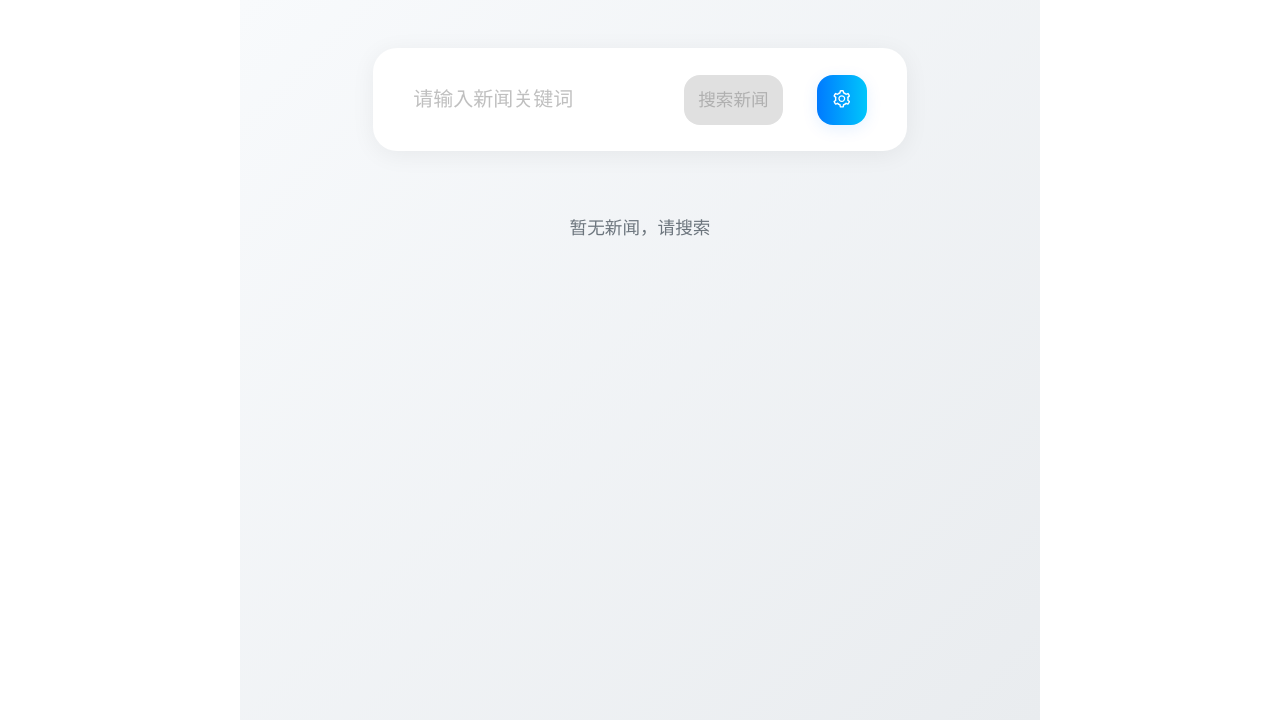
Repository: XJN7197/NewsAssistantBaseMCP
Page: / (app in frontend/)
An editor plug-in stored every save of this project. The page is shown before and after the next save, followed by the edit.
The browser window is 1280 px wide. The pictures show the whole page.
The project was rebuilt for these pictures with package versions that can differ from the ones it lists, and the page was loaded fresh each time. Also part of the build but not shown: frontend/vite.config.ts.

Above is the page before, as saved 2025-05-23 17:49:46.

### frontend/src/App.tsx
import { useState } from 'react'
import Home from './pages/Home'
import './App.css'

function App() {

  return (
    <>
      <Home/>
    </>
  )
}

export default App

### frontend/src/pages/Home.tsx
import React, { useState  } from 'react';
import { List, Checkbox, Button as AntButton, Input, Spin, Modal, Typography, Form, message } from 'antd'; // Ant Design 组件导入
import 'antd/dist/reset.css'; // 导入 Ant Design 样式
import ReactMarkdown from 'react-markdown';
import remarkGfm from 'remark-gfm';
import styles from './Home.module.css'
import { mockNewsData } from '../mock/newsData'
import { mockReportData } from '../mock/reportData'
import { SettingOutlined } from '@ant-design/icons'; // 导入设置图标

// 假设你有这些组件，后续可单独实现
// import NewsSearch from '../components/NewsSearch'
// import NewsCardList from '../components/NewsCardList'
// import AnalyzeButton from '../components/AnalyzeButton'
// import ReportModal from '../components/ReportModal'

const { Title, Text, Link } = Typography;

const Home: React.FC = () => {
  // 搜索关键词
  const [keyword, setKeyword] = useState('')
  // 新闻列表
  const [newsList, setNewsList] = useState<any[]>([])
  // 选中的新闻项
  const [selectedNews, setSelectedNews] = useState<Set<number>>(new Set());
  // 是否正在加载
  const [loading, setLoading] = useState(false)
  // 分析报告内容
  const [report, setReport] = useState<string | null>(null)
  // 控制报告弹窗显示
  const [showReport, setShowReport] = useState(false)
  // 控制设置弹窗显示
  const [showSettings, setShowSettings] = useState(false);
  // 配置数据
  const [config, setConfig] = useState<any>({});
  // 配置表单实例
  const [configForm] = Form.useForm();
  // 配置加载状态
  const [configLoading, setConfigLoading] = useState(false);

  // 下载报告处理函数
  const handleDownload = () => {
    if (!report) return;

    const timestamp = new Date().toISOString().replace(/[:.]/g, '-');
    const content = report;
    const fileName = `舆情分析报告_${timestamp}.md`;
    const blob = new Blob([content], { type: 'text/plain;charset=utf-8' });
    const url = window.URL.createObjectURL(blob);
    const link = document.createElement('a');
    link.href = url;
    link.download = fileName;
    document.body.appendChild(link);
    link.click();
    document.body.removeChild(link);
    window.URL.revokeObjectURL(url);
  };

  // 搜索新闻
  const handleSearch = async () => {
    setLoading(true)
    setNewsList([]); // 清空旧的新闻列表
    setReport(null); // 清空旧的报告
    setShowReport(false); // 关闭报告弹窗

    try {
      let data;

      // 根据环境变量决定是否使用mock数据
      if (import.meta.env.VITE_USE_MOCK_NEWS === 'true') {
        // 使用mock数据
        await new Promise(resolve => setTimeout(resolve, 1000)); // 模拟延迟
        data = mockNewsData;
      } else {
        // 使用实际API
        const response = await fetch('http://localhost:8000/search', {
          method: 'POST',
          headers: {
            'Content-Type': 'application/json',
          },
          body: JSON.stringify({ keyword: keyword }),
        });

        if (!response.ok) {
          throw new Error(`HTTP error! status: ${response.status}`);
        }

        data = await response.json();
      }

      // 检查返回的数据结构，确保有 news_list 字段
      if (data && data.news_list) {
        console.log("获取到的新闻数据:", data.news_list);
        // 初始化选中状态，默认全部选中
        const initialNewsList = data.news_list.map((news: any, index: number) => ({ ...news, id: index })); // selected 属性由 selectedNews Set 管理
        setNewsList(initialNewsList);
        const initialSelected = new Set<number>(initialNewsList.map((news: any) => news.id));
        setSelectedNews(initialSelected);
      } else {
        setNewsList([{ error: '未获取到新闻数据或数据格式不正确' }]);
      }

    } catch (error) {
      console.error("搜索新闻失败:", error);
      setNewsList([{ error: `搜索新闻失败: ${error}` }]);
    } finally {
      setLoading(false);
    }
  }

  // 分析新闻
  const handleAnalyze = async () => {
    setLoading(true);
    setReport(null); // 清空旧的报告
    setShowReport(true); // Show modal immediately

    // 过滤出选中的新闻
    const newsToAnalyze = newsList.filter(news => selectedNews.has(news.id));

    if (newsToAnalyze.length === 0) {
        setReport("没有新闻内容可供分析。");
        setLoading(false);
        return;
    }

    try {
      let data;

      // 根据环境变量决定是否使用mock数据
      if (import.meta.env.VITE_USE_MOCK_REPORT === 'true') {
        // 使用mock数据
        await new Promise(resolve => setTimeout(resolve, 1000)); // 模拟延迟
        data = mockReportData;
      } else {
        // 使用实际API
        const response = await fetch('http://localhost:8000/analyze', {
          method: 'POST',
          headers: {
            'Content-Type': 'application/json',
          },
          body: JSON.stringify({ news_list: newsToAnalyze }),
        });

        if (!response.ok) {
          throw new Error(`HTTP error! status: ${response.status}`);
        }

        data = await response.json();
      }

      // 检查返回的数据结构，确保有 report 字段
      if (data && data.report) {
        console.log("获取到的分析报告:", data.report);
        setReport(data.report);
      } else {
        setReport("未获取到分析报告或报告格式不正确");
      }

    } catch (error) {
      console.error("分析新闻失败:", error);
      setReport(`分析新闻失败: ${error}`);
    } finally {
      setLoading(false);
    }
  }



  // 获取配置
  const fetchConfig = async () => {
    setConfigLoading(true);
    try {
      const response = await fetch('http://localhost:8000/config');
      if (!response.ok) {
        throw new Error(`HTTP error! status: ${response.status}`);
      }
      const data = await response.json();
      if (data && data.config) {
        setConfig(data.config);
        configForm.setFieldsValue(data.config); // 设置表单初始值
      } else if (data && data.error) {
        message.error(`获取配置失败: ${data.error}`);
      } else {
        message.error('获取配置失败: 未知错误');
      }
    } catch (error) {
      console.error("获取配置失败:", error);
      message.error(`获取配置失败: ${error}`);
    } finally {
      setConfigLoading(false);
    }
  };

  // 更新配置
  const updateConfig = async (values: any) => {
    setConfigLoading(true);
    try {
      const response = await fetch('http://localhost:8000/config', {
        method: 'POST',
        headers: {
          'Content-Type': 'application/json',
        },
        body: JSON.stringify({ config: values }),
      });

      if (!response.ok) {
        throw new Error(`HTTP error! status: ${response.status}`);
      }

      const data = await response.json();
      if (data && data.status === '✅ .env 文件已更新') {
        message.success('配置更新成功！');
        setConfig(data.config); // 更新本地配置状态
        setShowSettings(false); // 关闭弹窗
      } else if (data && data.error) {
        message.error(`更新配置失败: ${data.error}`);
      } else {
        message.error('更新配置失败: 未知错误');
      }

    } catch (error) {
      console.error("更新配置失败:", error);
      message.error(`更新配置失败: ${error}`);
    } finally {
      setConfigLoading(false);
    }
  };

  // 处理设置按钮点击
  const handleSettingsClick = () => {
    setShowSettings(true);
    fetchConfig(); // 打开弹窗时获取最新配置
  };

  return (
    <div className={styles['home-container']}>
      {/* 搜索栏 - 使用 Ant Design 组件 */}
      <div className={styles['search-bar']}>
        <Input
          placeholder="请输入新闻关键词"
          value={keyword}
          onChange={e => setKeyword(e.target.value)}
          onPressEnter={handleSearch} // 支持回车搜索
          style={{ flex: 1, fontSize: '1.25rem', padding: '12px 0' }} // 保持原有部分样式
        />
        <AntButton
          type="primary"
          onClick={handleSearch}
          loading={loading}
          disabled={!keyword}
          style={{ borderRadius: '16px', padding: '14px ', fontSize: '1.1rem', fontWeight: 500, marginRight: '10px' }} // 保持原有部分样式，并添加右边距
        >
          搜索新闻
        </AntButton>
        {/* 新增设置按钮 */}
        <AntButton
          icon={<SettingOutlined />}
          onClick={handleSettingsClick}
          style={{ width:'50px',borderRadius: '16px', padding: '14px', fontSize: '1.1rem', fontWeight: 500 }}
        />
      </div>

      {/* 新闻列表 - 使用 Ant Design List 组件 */}
      <div className={styles['news-list-container']}> {/* 新增一个容器来控制 List 的宽度和间距 */}
        {loading && newsList.length === 0 && <div style={{ textAlign: 'center', padding: '40px 0' }}><Spin size="large" /></div>}
        {!loading && newsList.length === 0 && <div style={{ textAlign: 'center', color: '#6c757d', fontSize: '1.1rem', padding: '40px 0' }}>暂无新闻，请搜索</div>}
        {newsList.length > 0 && newsList[0].error && (
          <div className={styles['error-message']}>{newsList[0].error}</div>
        )}
        {newsList.length > 0 && !newsList[0].error && (
          <List
            itemLayout="horizontal"
            dataSource={newsList}
            renderItem={item => {
              const onItemChange = (e: any) => {
                setSelectedNews(prevSelected => {
                  const newSelected = new Set(prevSelected);
                  if (e.target.checked) {
                    newSelected.add(item.id);
                  } else {
                    newSelected.delete(item.id);
                  }
                  return newSelected;
                });
              };
              return (
                <List.Item
                  actions={[
                    <Link href={item.url} target="_blank" rel="noopener noreferrer">阅读原文</Link>
                  ]}
                  style={{ background: '#fff', borderRadius: '12px', marginBottom: '16px', padding: '20px', boxShadow: '0 2px 12px 0 rgba(0,0,0,0.05)' }}
                >
                  <List.Item.Meta
                    avatar={<Checkbox checked={selectedNews.has(item.id)} onChange={onItemChange} style={{paddingRight: '10px'}}/>}
                    title={<Title level={5} style={{ margin: 0, fontSize: '1.3rem', fontWeight: 600, color: '#1d1d1f' }}>{item.title}</Title>}
                    description={<Text type="secondary" style={{ fontSize: '1rem', lineHeight: 1.6, display: '-webkit-box', WebkitLineClamp: 3, WebkitBoxOrient: 'vertical', overflow: 'hidden', textOverflow: 'ellipsis' }}>{item.desc}</Text>}
                  />
                </List.Item>
              );
            }}
          />
        )}
      </div>

      {/* 一键分析按钮 - 使用 Ant Design Button */}
      {newsList.length > 0 && !newsList[0].error && (
        <div className={styles['analyze-btn']}>
          <AntButton
            type="primary"
            onClick={handleAnalyze}
            loading={loading}
            disabled={selectedNews.size === 0}
            style={{ borderRadius: '16px', padding: '16px 48px', fontSize: '1.2rem', fontWeight: 600, background: 'linear-gradient(90deg, #34e89e 0%, #0f3443 100%)' }} // 保持原有部分样式
          >
            一键舆情分析
          </AntButton>
        </div>
      )}

      {/* 分析报告弹窗 - 使用 Ant Design Modal */}
      <Modal
        title={<Title level={3} style={{ textAlign: 'center', marginBottom: 0 }}>舆情分析报告</Title>}
        open={showReport}
        onCancel={() => setShowReport(false)}
        footer={[
          <AntButton
            key="download"
            onClick={handleDownload}
            disabled={!report}
            style={{ borderRadius: '12px', marginRight: '8px' }}
          >
            下载报告
          </AntButton>,
          <AntButton key="close" type="primary" onClick={() => setShowReport(false)} style={{ borderRadius: '12px' }}>
            关闭
          </AntButton>
        ]}
        width="60vw"
        styles={{ body: { maxHeight: '70vh', overflowY: 'auto', background: '#fff', padding: '24px 40px' } }}
      >
        {loading && !report ? (
          <div style={{ textAlign: 'center', padding: '40px 0' }}>
            <Spin size="large" tip="分析报告生成中..." />
          </div>
        ) : report ? (
          <ReactMarkdown remarkPlugins={[remarkGfm]}>{report}</ReactMarkdown>
        ) : (
          <Text>报告生成中或无内容...</Text>
        )}
      </Modal>

      {/* 设置弹窗 */}
      <Modal
        title={<Title level={3} style={{ textAlign: 'center', marginBottom: 0 }}>配置设置</Title>}
        open={showSettings}
        onCancel={() => setShowSettings(false)}
        footer={[
          <AntButton key="cancel" onClick={() => setShowSettings(false)} style={{ borderRadius: '12px' }}>
            取消
          </AntButton>,
          <AntButton key="submit" type="primary" loading={configLoading} onClick={() => configForm.submit()} style={{ borderRadius: '12px' }}>
            保存
          </AntButton>,
        ]}
        width="50vw"
        styles={{ body: { maxHeight: '70vh', overflowY: 'auto', background: '#fff', padding: '24px 40px' } }}
      >
        {configLoading && Object.keys(config).length === 0 ? (
          <div style={{ textAlign: 'center', padding: '40px 0' }}>
            <Spin size="large" tip="加载配置中..." />
          </div>
        ) : (
          <Form
            form={configForm}
            layout="vertical"
            onFinish={updateConfig}
            initialValues={config} // 使用状态中的配置作为初始值
          >
            {Object.keys(config).map(key => (
              <Form.Item
                key={key}
                label={key}
                name={key}
                rules={[{ required: true, message: `请输入 ${key}!` }]} // 简单的必填校验
              >
                <Input />
              </Form.Item>
            ))}
          </Form>
        )}
      </Modal>
    </div>
  )
}

export default Home

### frontend/src/pages/Home.module.css
.home-container {
  height: 100vh;
  width: 800px;
  background: linear-gradient(135deg, #f8fafc 0%, #e9ecef 100%);
  display: flex;
  flex-direction: column;
  align-items: center;
  padding: 48px 0 48px 0; /* 调整了上下padding，左右padding设为0，因为内容区会通过max-width控制 */
  font-family: -apple-system, BlinkMacSystemFont, "Segoe UI", Roboto, "Helvetica Neue", Arial, "PingFang SC", "Hiragino Sans GB", "Microsoft YaHei", sans-serif;
}

.search-bar {
  display: flex;
  position: sticky; top: 0; z-index: 1;
  align-items: center;
  gap: 24px; /* 增加了元素间距 */
  background: #fff;
  border-radius: 24px; /* 更大的圆角 */
  box-shadow: 0 4px 24px 0 rgba(0,0,0,0.06); /* 更柔和的阴影 */
  padding: 24px 40px; /* 增加了内边距 */
  margin-bottom: 24px; /* 减小了与下方元素的间距 */
  width: 66.66%; /* 宽度固定为视口宽度的2/3 */
  /* height: 250px; 高度固定为250px */
  max-width: none; /* 移除最大宽度限制 */
}

.search-bar input[type="text"] {
  border: none;
  outline: none;
  font-size: 1.25rem; /* 稍大字体 */
  background: transparent;
  color: #222;
  padding: 12px 6px;
}

.search-bar button {
  height: 50px;
  background: linear-gradient(90deg, #007aff 0%, #00c6fb 100%);
  color: #fff;
  border: none;
  border-radius: 16px; /* 更大的圆角 */
  padding: 14px 36px; /* 增加了按钮padding */
  font-size: 1.1rem; /* 稍大字体 */
  font-weight: 500;
  cursor: pointer;
  transition: background 0.2s, box-shadow 0.2s;
  box-shadow: 0 4px 16px 0 rgba(0,122,255,0.10); /* 按钮阴影 */
}

.search-bar button:disabled {
  background: #e0e0e0;
  color: #b0b0b0;
  cursor: not-allowed;
  box-shadow: none;
}

.news-list-container { /* Renamed from .news-list */
  width: 66.66%; /* 宽度固定为视口宽度的2/3 */
  /* height: 1500px; 高度固定为1500px */
  max-width: none; /* 移除最大宽度限制 */
  margin-bottom: 40px;
  min-height: 180px; /* 最小高度，避免内容过少时塌陷 */
  display: flex;
  flex-direction: column;
  gap: 24px; /* 新闻卡片之间的间距 */
  overflow-y: auto; /* 添加垂直滚动 */
  /* 可以在这里添加新闻卡片的样式，或者为新闻卡片组件单独创建样式文件 */
}

/* 针对 news-list 中暂无新闻的提示文本样式 */
.news-list > div {
  color: #6c757d; /* 柔和的提示文字颜色 */
  font-size: 1.1rem;
  text-align: center;
  padding: 40px 0;
}

/* Styles for .news-card, .checkbox-container, .news-content, .news-title, .news-desc, .news-link are removed as Ant Design components handle them */

/* 错误消息样式 */
.error-message {
  color: #dc3545; /* 红色错误提示 */
  font-size: 1.1rem;
  text-align: center;
  padding: 40px 0;
}


.analyze-btn {
  margin-bottom: 32px;
}

.analyze-btn button {
  background: linear-gradient(90deg, #34e89e 0%, #0f3443 100%); /* 保持了之前的渐变色 */
  color: #fff;
  border: none;
  border-radius: 16px; /* 更大的圆角 */
  padding: 16px 48px; /* 增加了按钮padding */
  font-size: 1.2rem; /* 稍大字体 */
  font-weight: 600;
  cursor: pointer;
  transition: background 0.2s, box-shadow 0.2s;
  box-shadow: 0 4px 16px 0 rgba(52,232,158,0.10); /* 按钮阴影 */
}

.analyze-btn button:disabled {
  background: #e0e0e0;
  color: #b0b0b0;
  cursor: not-allowed;
  box-shadow: none;
}

/* Styles for .report-modal and its children are removed as Ant Design Modal component handles them */

### frontend/src/mock/newsData.ts
export const mockNewsData = {
    news_list: [
      {
        title: "Qwen引领AI前端技术革新：深度解析一句话开发网页的突破_模型_行业_创新",
        desc: "在人工智能快速发展的2025年，来自量子位的最新报道显示，AI技术正迎来前所未有的革新，尤其是在前端开发领域。由Qwen推出的“AI前端工程师”WebDev工具，以...",
        url: "https://news.sohu.com/a/893821748_121924584"
      },
      {
        title: "谷歌推Gemini2.5Pro模型，AI 助力前端开发与复杂编程",
        desc: "谷歌推Gemini2.5Pro模型#，AI 助力前端开发与复杂编程】5 月7 日消息，科技媒体The Decoder 昨日（5 月6 日）发布博文，报道称谷歌为预热今年的I/O...",
        url: "https://news.sina.com.cn/external/car/2025-05-07/doc-inevtine1324735.shtml"
      },
      {
        title: "前端程序员请注意！首个截图就能生成现代前端代码的AI来了 | 已开源",
        desc: "现在截图生成代码，已经来到了一个新高度——. ⾸个⾯向现代前端代码⽣成的多模态⼤模型解决⽅案，来了！ 而且是开源的那种。 前端程序员请注意！首个截图就能...",
        url: "https://www.qbitai.com/2025/02/258521.html"
      },
      {
        title: "AI包办79%代码，程序员饭碗不保，前端开发要凉，人类只配改Bug？",
        desc: "编码助手更偏向自动化。有79%的Claude Code对话可以被归为「自动化」，即AI直接完成任务，而不是与人类协作「增强」。相比之下，Claude.ai的对话中只有49%是...",
        url: "https://m.36kr.com/p/3271134281245063"
      },
      {
        title: "武汉烽火申请前后端协同开发方法专利，大大降低前后端耦合度",
        desc: "本文源自:金融界. 金融界2025年5月15日消息，国家知识产权局信息显示，武汉烽火信息集成技术有限公司申请一项名为“前后端协同开发方法、装置、设备及可...",
        url: "https://cj.sina.cn/articles/view/1704103183/65928d0f02007wlqg?froms=ggmp"
      }
    ]
  };

### frontend/src/mock/reportData.ts
// 模拟舆情分析报告数据
export const mockReportData = {
  report: `
  **分析时间：** 2025-05-22 20:48:32

  ---

  ## 📥 原始新闻内容

  ### 新闻1
  - **标题**: Qwen引领AI前端技术革新：深度解析一句话开发网页的突破_模型_行业_创新
  - **描述**: 在人工智能快速发展的2025年，来自量子位的最新报道显示，AI技术正迎来前所未有的革新，尤其是在前端开发领域。由Qwen推出的“AI前端工程师”WebDev工具，以...
  - **链接**: https://news.sohu.com/a/893821748_121924584

  ### 新闻2
  - **标题**: 谷歌推Gemini2.5Pro模型，AI 助力前端开发与复杂编程
  - **描述**: 谷歌推Gemini2.5Pro模型#，AI 助力前端开发与复杂编程】5 月7 日消息，科技媒体The Decoder 昨日（5 月6 日）发布博文，报道称谷歌为预热今年的I/O...
  - **链接**: https://news.sina.com.cn/external/car/2025-05-07/doc-inevtine1324735.shtml

  ### 新闻3
  - **标题**: 前端程序员请注意！首个截图就能生成现代前端代码的AI来了 | 已开源
  - **描述**: 现在截图生成代码，已经来到了一个新高度——. ⾸个⾯向现代前端代码⽣成的多模态⼤模型解决⽅案，来了！ 而且是开源的那种。 前端程序员请注意！首个截图就能...
  - **链接**: https://www.qbitai.com/2025/02/258521.html

  ### 新闻4
  - **标题**: AI包办79%代码，程序员饭碗不保，前端开发要凉，人类只配改Bug？
  - **描述**: 编码助手更偏向自动化。有79%的Claude Code对话可以被归为「自动化」，即AI直接完成任务，而不是与人类协作「增强」。相比之下，Claude.ai的对话中只有49%是...
  - **链接**: https://m.36kr.com/p/3271134281245063

  ### 新闻5
  - **标题**: 武汉烽火申请前后端协同开发方法专利，大大降低前后端耦合度
  - **描述**: 本文源自:金融界. 金融界2025年5月15日消息，国家知识产权局信息显示，武汉烽火信息集成技术有限公司申请一项名为“前后端协同开发方法、装置、设备及可...
  - **链接**: https://cj.sina.cn/articles/view/1704103183/65928d0f02007wlqg?froms=ggmp

  ---

  ## 📊 分析结果

  ### 舆情分析报告
  **日期**：2025年5月
  **分析范围**：五篇关于AI与前端开发的新闻

  ---

  #### **一、情绪倾向分析**
  | 新闻编号 | 情绪倾向 | 原因说明 |
  |----------|----------|----------|
  | **新闻1** | **正面** | 强调Qwen的“革新”“突破”等词汇，突出AI技术对前端开发的赋能，传递积极创新信号。 |
  | **新闻2** | **正面** | 谷歌推出新模型推动“AI助力前端开发”，体现技术迭代的行业趋势，语气温和但积极。 |
  | **新闻3** | **正面** | 聚焦“首个截图生成代码”“开源”等关键词，展示AI工具的实用性和开放性，引发开发者关注。 |
  | **新闻4** | **负面** | 标题直接使用“饭碗不保”“要凉”等强烈词汇，讨论AI对程序员职业的冲击，情绪偏担忧。 |
  | **新闻5** | **正面** | 武汉烽火的专利申请聚焦“降低耦合度”技术优化，体现行业对效率提升的关注，属中性积极技术报道。 |

  ---

  #### **二、舆情总结**
  1. **技术革新主导正面情绪**
     - 多篇新闻聚焦AI在前端开发中的创新应用（如Qwen、Gemini2.5Pro、开源工具），强调效率提升、自动化开发等优势，反映行业对AI技术的期待与认可。
     - 专利申请（新闻5）进一步表明企业对技术优化的重视，传递积极发展趋势。

  2. **负面情绪集中于就业风险**
     - 新闻4通过“79%代码由AI包办”“程序员饭碗不保”等表述，引发对AI替代人力的焦虑，负面情绪显著，但未否认技术价值。

  3. **行业矛盾与机遇并存**
     - 正面报道多关注技术突破，负面内容则反映人类与AI协作模式的争议，整体呈现“技术进步”与“职业担忧”的双重叙事。

  ---

  #### **三、建议**
  - **技术开发者**：关注AI工具的开源与迭代（如新闻3），同时提升复合技能以适应自动化趋势。
  - **企业与政策制定者**：平衡技术应用与就业保障，推动人机协作模式的探索。
  - **媒体传播**：客观呈现AI对行业的赋能与挑战，避免过度渲染负面情绪。

  **结论**：当前舆情以技术革新为核心积极主题，但需警惕AI对职业结构的潜在冲击，行业需在创新与人文关怀间寻求平衡。
`
}

Loaded but not shown: frontend/index.html (common file); frontend/src/main.tsx (common file); frontend/src/index.css (common file); frontend/src/App.css (common file)

After the next save:
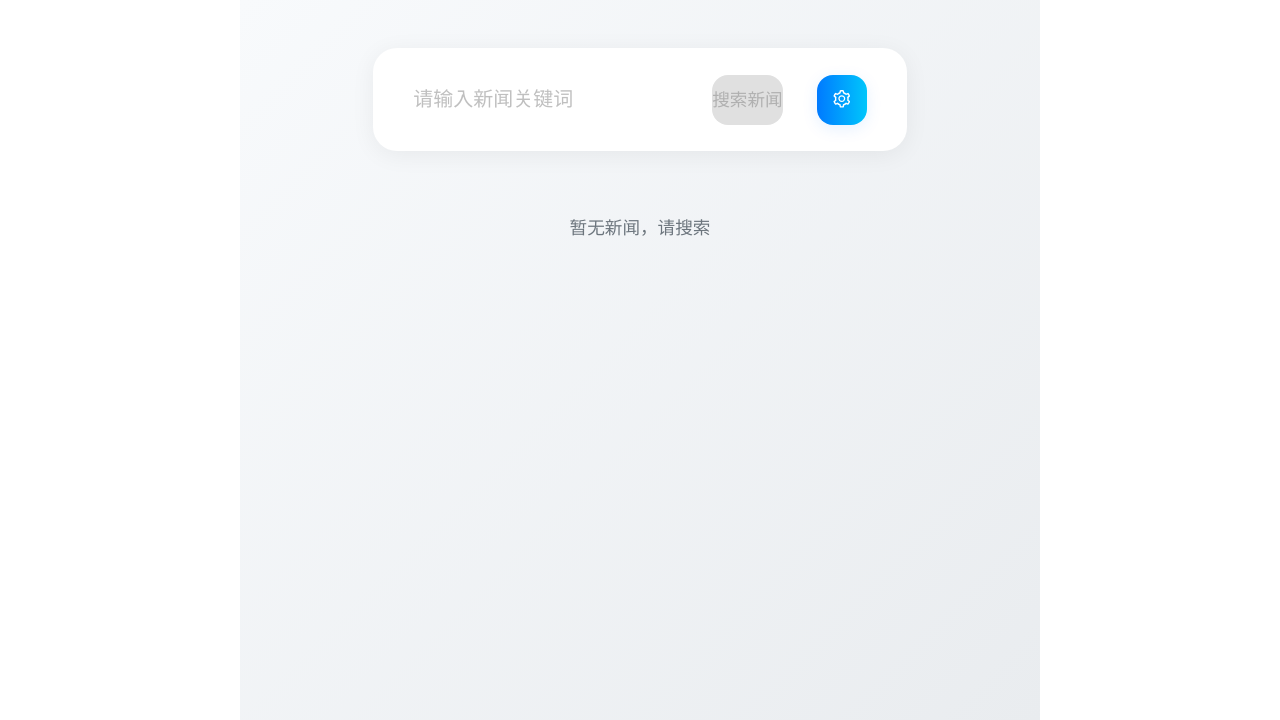
Saved 25 s later.
--- a/frontend/src/pages/Home.tsx
+++ b/frontend/src/pages/Home.tsx
@@ -248,7 +248,7 @@
           onClick={handleSearch}
           loading={loading}
           disabled={!keyword}
-          style={{ borderRadius: '16px', padding: '14px ', fontSize: '1.1rem', fontWeight: 500, marginRight: '10px' }} // 保持原有部分样式，并添加右边距
+          style={{ borderRadius: '16px', padding: '14px 0', fontSize: '1.1rem', fontWeight: 500, marginRight: '10px' }} // 保持原有部分样式，并添加右边距
         >
           搜索新闻
         </AntButton>
@@ -256,7 +256,7 @@
         <AntButton
           icon={<SettingOutlined />}
           onClick={handleSettingsClick}
-          style={{ width:'50px',borderRadius: '16px', padding: '14px', fontSize: '1.1rem', fontWeight: 500 }}
+          style={{ width:'50px',borderRadius: '16px', padding: '14px 0', fontSize: '1.1rem', fontWeight: 500 }}
         />
       </div>
 

After the save that followed:
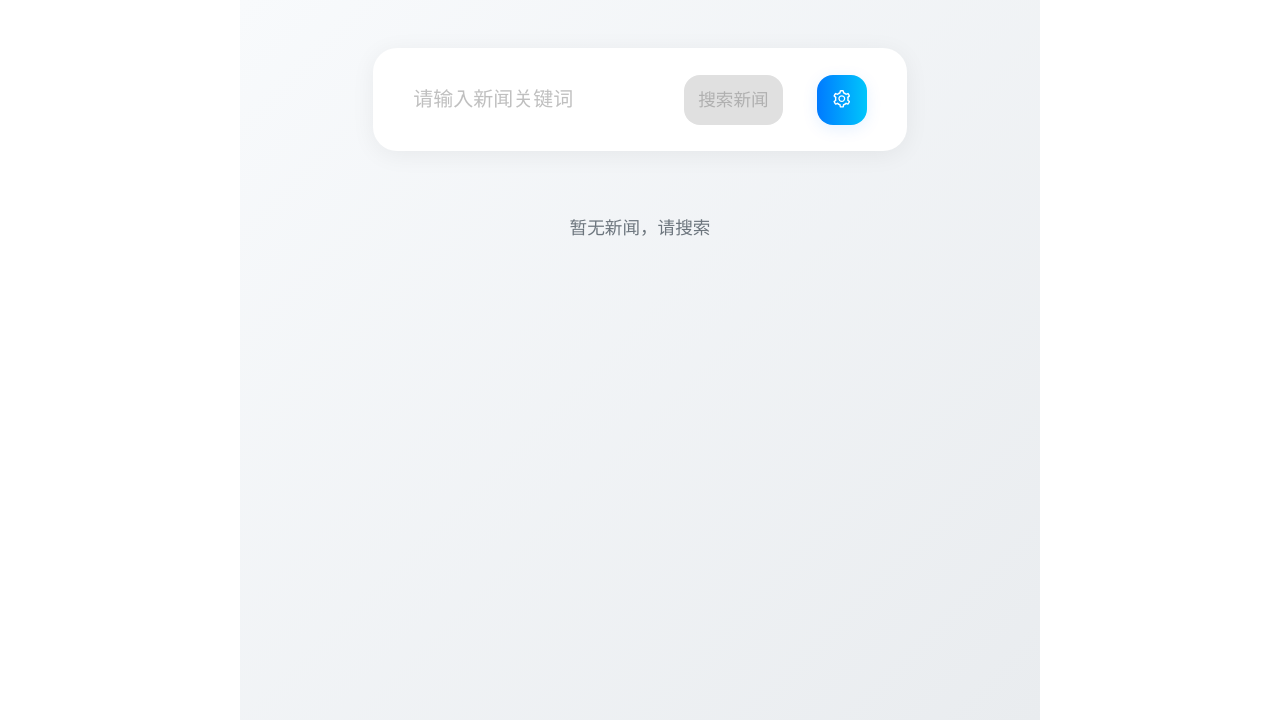
Saved 14 s later.
--- a/frontend/src/pages/Home.tsx
+++ b/frontend/src/pages/Home.tsx
@@ -248,7 +248,7 @@
           onClick={handleSearch}
           loading={loading}
           disabled={!keyword}
-          style={{ borderRadius: '16px', padding: '14px 0', fontSize: '1.1rem', fontWeight: 500, marginRight: '10px' }} // 保持原有部分样式，并添加右边距
+          style={{ borderRadius: '16px', padding: '14px', fontSize: '1.1rem', fontWeight: 500, marginRight: '10px' }} // 保持原有部分样式，并添加右边距
         >
           搜索新闻
         </AntButton>
@@ -256,7 +256,7 @@
         <AntButton
           icon={<SettingOutlined />}
           onClick={handleSettingsClick}
-          style={{ width:'50px',borderRadius: '16px', padding: '14px 0', fontSize: '1.1rem', fontWeight: 500 }}
+          style={{ width:'50px',borderRadius: '16px', padding: '14px', fontSize: '1.1rem', fontWeight: 500 }}
         />
       </div>
 
